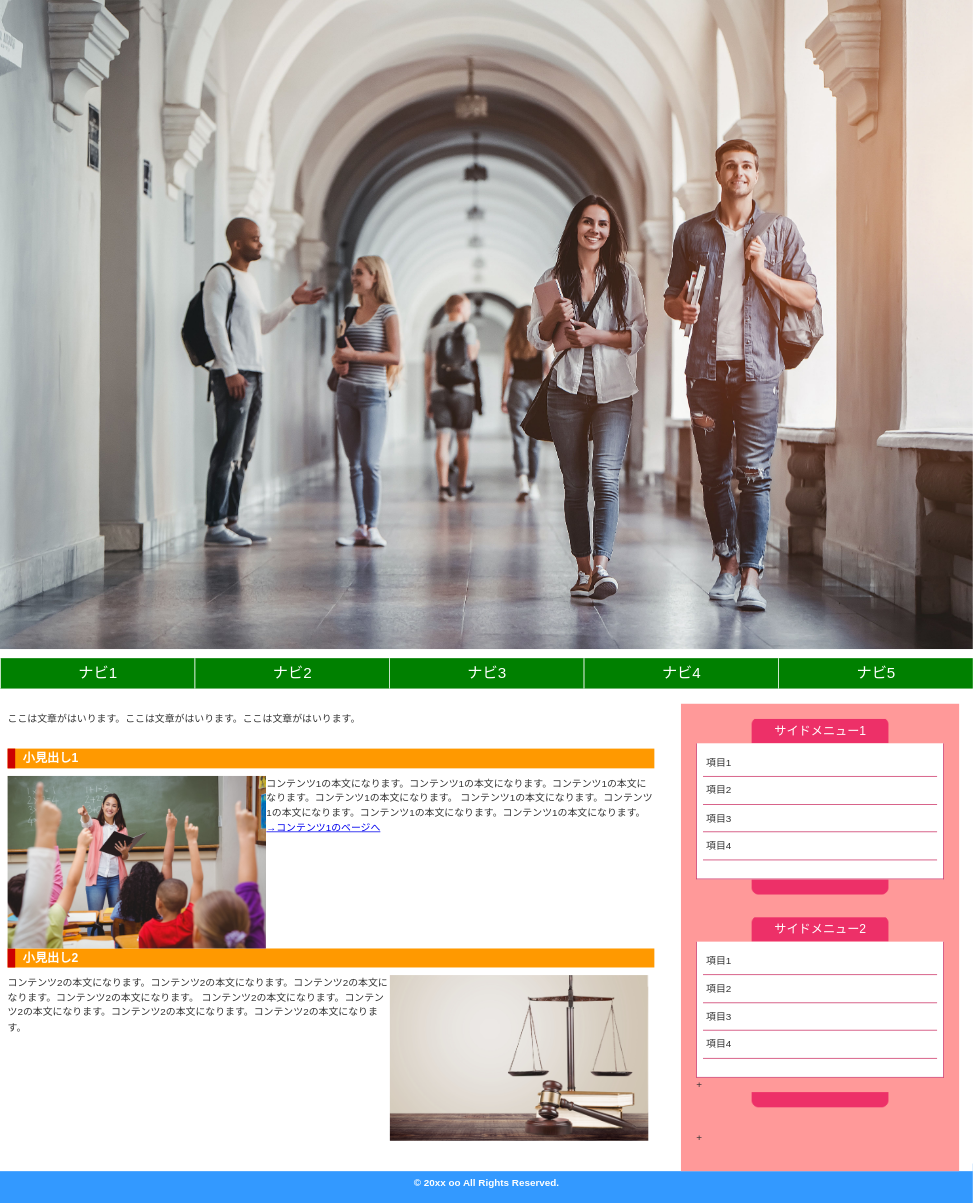
Repository: Yurika0602/samurai_HTML-CSS
Page: home.html
The author's editor kept a record of every edit. The page is drawn from the files as they stood at one moment, then again after the next edit.
The browser window is 1280 px wide. The pictures show the whole page, at 76% of full size.

Above is the page before.

### home.html
<!DOCTYPE html>
<html lang="ja">
    <head>
        <meta charset="UTF-8">
        <title>HTML/CSS学習</title>
        <link rel="stylesheet" href="stylesheet.css">
    </head>
    <body>
        <div id="header">
            <h1><a href="index.html"><img id="corridor" src="images/corridor.jpg" alt="大学の廊下"/></a></h1>
        </div>
        <div id="wrapper">
            <div id="nav">
                <ul>
                 <li><a href="home.html">ナビ1</a></li>
                 <li><a href="#">ナビ2</a></li>
                 <li><a href="#">ナビ3</a></li>
                 <li><a href="#">ナビ4</a></li>
                 <li><a href="#">ナビ5</a></li>
              </ul>
            </div>
            <div id="container">
                <div id="main">
                    <div class="post">
                        <p>ここは文章がはいります。ここは文章がはいります。ここは文章がはいります。</p>
                    </div>
                    <div class="clearfix">
                        <h2>小見出し1</h2>
                        <img class="left" src="images/classroom.jpg" alt="授業風景"/>
                        <p>
                            コンテンツ1の本文になります。コンテンツ1の本文になります。コンテンツ1の本文になります。コンテンツ1の本文になります。
                            コンテンツ1の本文になります。コンテンツ1の本文になります。コンテンツ1の本文になります。コンテンツ1の本文になります。
                        </p>
                        <p><a href="#">→コンテンツ1のページへ</a></p>
                    </div>
                    <div class="post clearfix">
                        <h2>小見出し2</h2>
                        <img class="right" src="images/scale.jpg" alt="天秤">
                        <p>
                            コンテンツ2の本文になります。コンテンツ2の本文になります。コンテンツ2の本文になります。コンテンツ2の本文になります。
                            コンテンツ2の本文になります。コンテンツ2の本文になります。コンテンツ2の本文になります。コンテンツ2の本文になります。
                        </p>
                    </div>
                </div>
               <div id="side">
                  <div class="box">
                        <h2>サイドメニュー1</h2>
                        <div class="boxBody">
                            <ul>
                                <li>項目1</li>
                                <li>項目2</li>
                                <li>項目3</li>
                                <li>項目4</li>
                            </ul>
                        </div>
                    </div>
                    <div class="box">
                        <h2>サイドメニュー2</h2>
                        <div class="boxBody">
                            <ul>
                                <li>項目1</li>
                                <li>項目2</li>
                                <li>項目3</li>
                                <li>項目4</li>
                            </ul>
                        </div>
+                    </div>
+                </div>
            </div>
            </div>
        </div>
        <div id="footer">
            <p>&copy; 20xx oo All Rights Reserved.</p>
        </div>
    </body>
</html>

### stylesheet.css
@charset "utf-8";

body {
    margin: 0;
    padding: 0;
    font-family: "ヒラギノ角ゴ　Pro W3", "Hiragino Kaku Gothic Pro", "メイリオ", Meiryo, Osaka, "MS Pゴシック", "MS PGothic", sans-serif;
    color: #333;
    font-size: 13px;
    line-height: 150%;
}

/*-------------------wrapper------------------------*/
#wrapper {
    width: 100%;
    margin: auto;
    padding: 0px;
    border: 0px;
    background-color: #FFF;
    top: 10px;
    position: relative;
}

/*-------------------header--------------------------*/
#header {
    width: 100%;
}
#header h1 {
    margin: 0;
    padding: 0;
}

#corridor {
    width: 100%;
    height: auto;
}

/*------------------footer---------------------------*/
#footer {
    clear: both;
    width: 100%;
    padding: 3px 0 3px 0;
    background: #39F;
    color: #FFF;
    font-weight: bold;
    text-align: center;
}

/*------------------nav------------------------------*/
#nav {
    width: 100%;
}
#nav ul {
    display: flex;
    margin: 0;
    padding: 0;
    list-style-type: none;
}
#nav ul li {
    width: 20%;
    text-align: center;
}
#nav ul li a {
    display: block;
    height: 20px;
    margin: 0;
    padding: 10px;
    color: #FFF;
    font-size: 20px;
    text-decoration: none;
    background-color: green;
    border-left: 1px solid white;
}

#nav ul li a:hover {
    filter: drop-shadow(10px 10px 10px black);
}

/*------------------------container-------------------------*/
#container {
    width: 100%;
    margin: auto;
    padding-top: 20px;
    clear: both;
    display: grid;
    grid-template-columns: 70vw 30vw;
}

/*--------------------------main----------------------------*/
#main {
    width: 95%;
    padding: 10px 30px 10px 10px;
}
#main h2 {
    margin: 0 0 10px 0;
    padding: 3px 10px 3px 10px;
    color: #FFF;
    font-size: 16px;
    border-left: solid 10px #C00;
    background-color: #F90;
}
#main p {
    margin: 0;
    padding: 0;
}
#main .post {
    margin: 0 0 30px 0;
}
#main .post img.right {
    margin: 0 8px 0 0;
}
#main .post img.left {
    margin: 0 8px 0 0;
}

.right {
    float: right;
    width: 40%;
    height: auto;
}

.left {
    float: left;
    width: 40%;
    height: auto;
}

/*----------------------clearfix------------------------*/
.clearfix {
    zoom: 1;
}
.clearfix::after {
    content: "";
    display: block;
    clear: both;
}

/*-------------------------side--------------------------*/
#side {
    width: 85%;
    padding: 20px;
    background-color: #F99;
}
#side .box {
    margin: 0 auto 30px auto;
    padding: 0 0 20px 0;
    background: url(images/side_box.png) bottom no-repeat;
}
#side .box h2 {
    margin: 0;
    padding: 8px;
    text-align: center;
    color: #fff;
    font-size: 16px;
    line-height: 16px;
    font-weight: normal;
    background: url(images/side_box_h2.png) center no-repeat;
}
#side .box .boxBody {
    padding: 8px;
    border-right: solid 1px #C36;
    border-bottom: solid 1px #C36;
    border-left: solid 1px #C36;
    background: #fff;
}
#side .box .boxBody ul {
    margin: 0 0 16px 0;
    padding: 0;
}
#side .box .boxBody ul li {
    padding: 8px 0 8px 4px;
    list-style: none;
    border-bottom: solid 1px #C36;
}

#side .box .boxBody ul li:hover {
    padding: 8px 0 8px 4px;
    list-style: none;
    border-bottom: solid 1px #C36;
    box-shadow: 0px 4px 4px rgb(0, 0, 0, 0.3);
}

After the next edit:
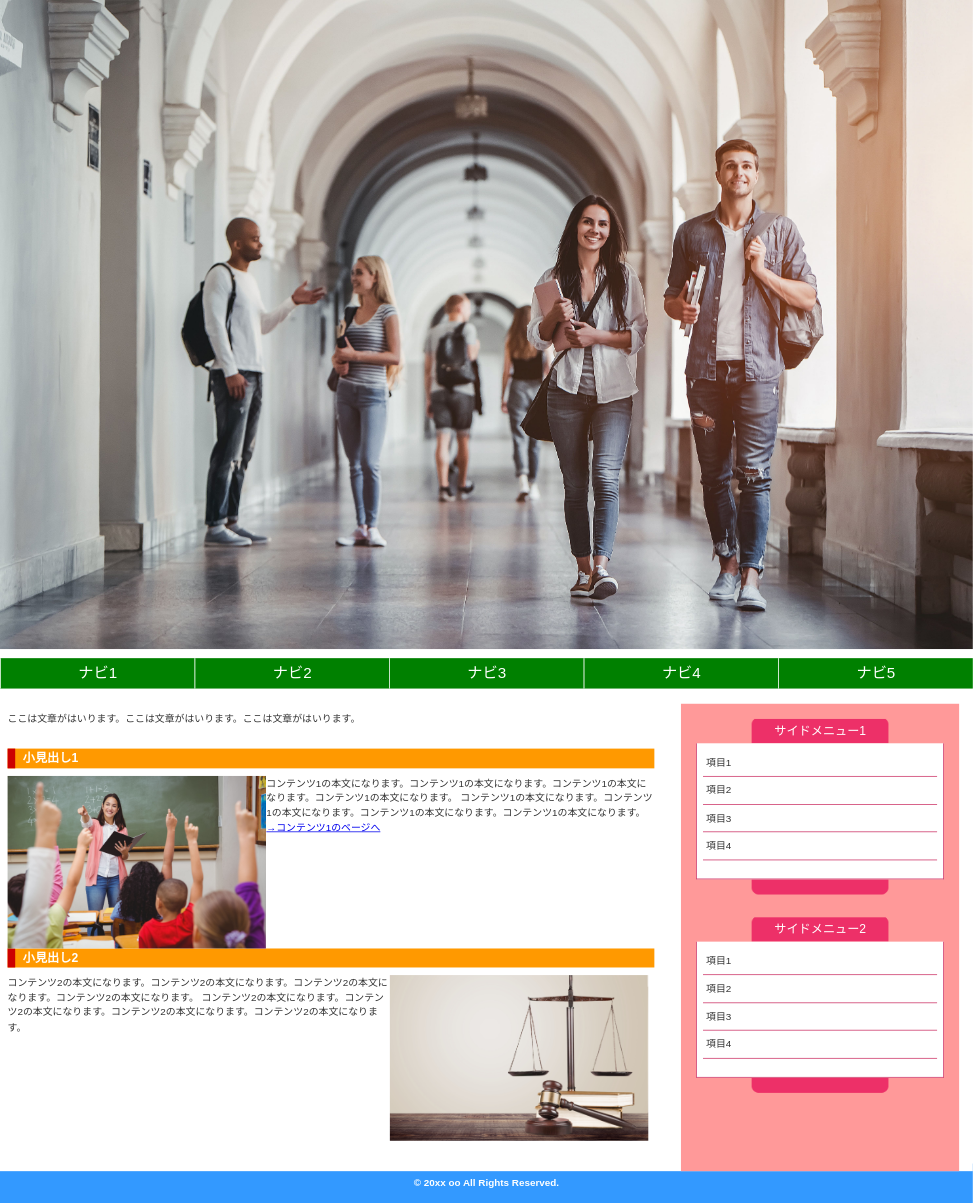
The edit:
--- a/home.html
+++ b/home.html
@@ -64,8 +64,8 @@
                                 <li>項目4</li>
                             </ul>
                         </div>
-+                    </div>
-+                </div>
+                 </div>
+               </div>
             </div>
             </div>
         </div>
